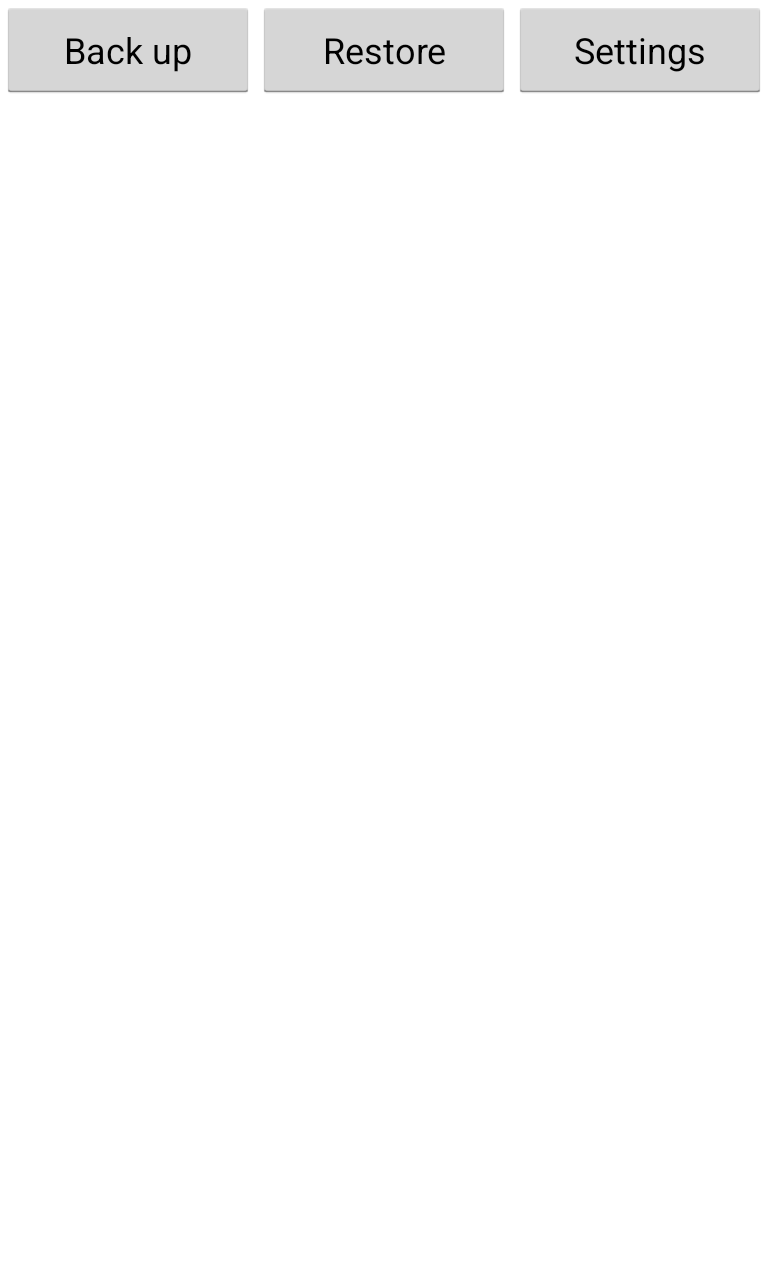
Repository: zzttt/LVM_BackupSol
Layout: TimeTraveler/res/layout/activity_main.xml
These files come from the project's save history. The layout is drawn as it stood at one moment and after the next save; the edit follows.
It is drawn on a 768 x 1280 px phone screen (xhdpi) without system bars, with theme AppTheme; the app's code is not run. Lists and similar views that code fills are empty.

Above is the layout before, as saved 2014-07-01 23:31:39.

### TimeTraveler/res/layout/activity_main.xml
<?xml version="1.0" encoding="utf-8"?>
<RelativeLayout xmlns:android="http://schemas.android.com/apk/res/android"
    android:layout_width="fill_parent"
    android:layout_height="fill_parent"
    >

    <LinearLayout
        android:layout_width="fill_parent"
        android:layout_height="50dip"
        android:orientation="horizontal"
        android:id="@+id/title_layout"
        android:background="#FFFFFF"
        >

        <Button
            android:id="@+id/btn_one"
            android:layout_width="0dip"
            android:layout_weight="1"
            android:layout_height="50dip"
            android:text="Back up"
            />

        <Button
            android:id="@+id/btn_two"
            android:layout_width="0dip"
            android:layout_weight="1"
            android:layout_height="50dip"
            android:text="Restore" />

        <Button
            android:id="@+id/btn_three"
            android:layout_width="0dip"
            android:layout_weight="1"
            android:layout_height="50dip"
            android:text="Settings" />
    </LinearLayout>

	<android.support.v4.view.ViewPager
	    android:id="@+id/pager"
	    android:layout_width="match_parent"
	    android:layout_height="match_parent"
        android:layout_above="@+id/bottom"
	 	android:layout_below="@+id/title_layout"
	    >



	</android.support.v4.view.ViewPager>
</RelativeLayout>

Loaded but not shown: TimeTraveler/res/values/styles.xml (common file); TimeTraveler/res/values-v11/styles.xml (common file); TimeTraveler/res/values-v14/styles.xml (common file)

After the next save:
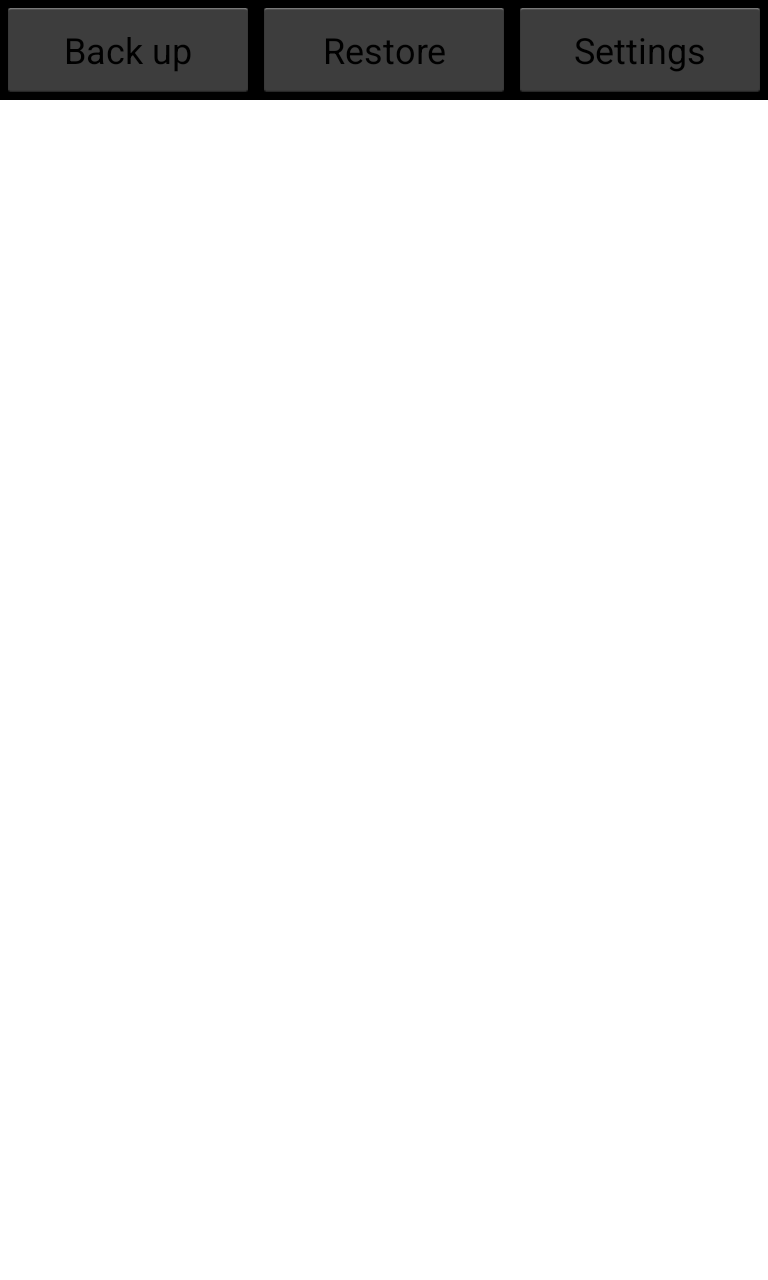
Saved 24 s later.
--- a/TimeTraveler/res/layout/activity_main.xml
+++ b/TimeTraveler/res/layout/activity_main.xml
@@ -9,7 +9,7 @@
         android:layout_height="50dip"
         android:orientation="horizontal"
         android:id="@+id/title_layout"
-        android:background="#FFFFFF"
+        android:background="#000000"
         >
 
         <Button
